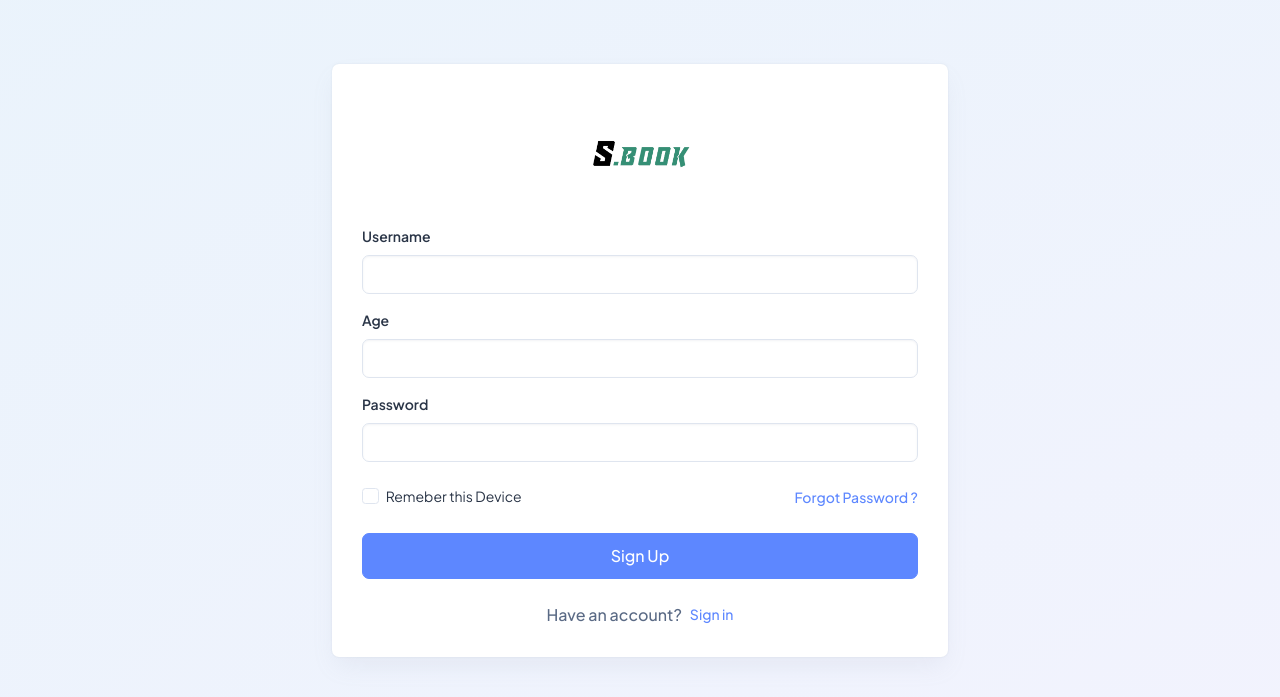
Repository: minhhdl/PROJECT_SEM_4
Page: /sign-up
These files come from the project's save history. The page is drawn as it stood at one moment and after the next save; the edit follows.
The browser window is 1280 px wide. The pictures show the whole page.
The project was rebuilt for these pictures with package versions that can differ from the ones it lists, and the page was loaded fresh each time. Also part of the build but not shown: vite.config.js, src/components/Header/Header.jsx, src/components/Brand/Brand.jsx, src/data/data.js, src/UI/TitleTypeOne/TitleTypeOne.jsx, src/components/FeaturesBooks/FeaturesBooks.jsx, src/pages/Home.jsx, src/pages/Notfound/Notfound.jsx and 9 more.

Above is the page before, as saved 2024-08-31 21:56:53.

### index.html
<!DOCTYPE html>
<html lang="en">

<head>
  <meta charset="UTF-8" />
  <link rel="preconnect" href="https://fonts.googleapis.com">
  <link rel="preconnect" href="https://fonts.gstatic.com" crossorigin>
  <link href="https://fonts.googleapis.com/css2?family=Montserrat:ital,wght@0,100..900;1,100..900&display=swap"
    rel="stylesheet">
  <link rel="icon" type="image/svg+xml" href="/src/assets/LOGO2.png" />
  <meta name="viewport" content="width=device-width, initial-scale=1.0" />
  <title>Smart Book</title>
</head>
<style>
  html {
    scroll-behavior: smooth;
  }
</style>

<body>
  <div id="root"></div>
  <script type="module" src="/src/main.jsx"></script>

</html>

### src/App.jsx
import React from "react";
import Routes from "./routes/routes";

export default function App() {
  return (
    <>
      <Routes />
    </>
  );
}

### src/routes/routes.jsx
import { BrowserRouter, Routes, Route } from "react-router-dom";
import { lazy } from "react";
import Home from "../pages/Home";
import NotFound from "../pages/Notfound/Notfound";
import Footer from "../components/Footer/Footer";
import Blogs from "../pages/Blogs/Blogs";
import Contacts from "../pages/Contacts/Contacts";
import Navbar from "../components/Navbar/Navbar";
import VoiceControl from "../VoiControl";
const Admin = lazy(() => import("../pages/Admin/Layout/Admin"));
const Login = lazy(() => import("../pages/Login/Login"));
const Register = lazy(() => import("../pages/Register/register"));

export default function routes() {
  var isAdminRoute = location.pathname.includes("admin");
  var isSignInRoute = location.pathname === "/sign-in";
  var isSignUpRoute = location.pathname === "/sign-up";
  return (
    <BrowserRouter>
      {!isAdminRoute && !isSignInRoute && !isSignUpRoute && <Navbar />}
      <Routes>
        <Route path="/" element={<Home />} />
        <Route path="*" element={<NotFound />} />
        <Route path="/blogs" element={<Blogs />} />
        <Route path="/contact" element={<Contacts />} />
        <Route path="/admin/*" element={<Admin />} />
        <Route path="/sign-in" element={<Login />} />
        <Route path="/sign-up" element={<Register />} />
      </Routes>
      <VoiceControl></VoiceControl>
      {!isAdminRoute && !isSignInRoute && !isSignUpRoute && <Footer />}
    </BrowserRouter>
  );
}

### src/VoiControl.jsx
import { useEffect } from "react";

const VoiceControl = () => {
  useEffect(() => {
    window.SpeechRecognition =
      window.SpeechRecognition || window.webkitSpeechRecognition;

    if (!window.SpeechRecognition) {
      alert(
        "Trình duyệt của bạn không hỗ trợ tính năng điều khiển bằng giọng nói"
      );
      return;
    }

    const recognition = new window.SpeechRecognition();
    recognition.continuous = false;
    recognition.interimResults = false;
    recognition.lang = "vi-VN";

    recognition.onresult = (event) => {
      const transcript = event.results[event.resultIndex][0].transcript
        .trim()
        .toLowerCase();
      handleVoiceCommand(transcript);
    };

    recognition.start();

    return () => {
      recognition.stop();
    };
  });

  const handleVoiceCommand = (command) => {
    let response = "";
    console.log(command);
    switch (command) {
      case "mở menu":
        console.log("Menu được mở");
        response = "Đã mở menu";
        break;
      case "đóng menu":
        console.log("Menu được đóng");
        break;
      case "xuống":
        window.scrollBy(0, window.innerHeight);
        break;
      case "lên":
        window.scrollBy(0, -window.innerHeight);
        break;
      case "vào thư viện sách":
        window.location.href = "products";
        break;
      case "vào trang chủ":
        window.location.href = "/";
        break;
      case "về trang chủ":
        window.location.href = "/";
        break;
      case "vào sách mới":
        window.location.href = "/newsProducts";
        break;
      default:
        alert("Không nhận diện được lệnh: " + command);
    }
    speak(response);
    const recognition = new window.SpeechRecognition();
    recognition.continuous = false;
    recognition.interimResults = false;
    recognition.lang = "vi-VN";

    recognition.onresult = (event) => {
      const transcript = event.results[event.resultIndex][0].transcript
        .trim()
        .toLowerCase();
      handleVoiceCommand(transcript);
    };

    recognition.start();
  };
  function speak(text) {
    const utterance = new SpeechSynthesisUtterance(text);
    window.speechSynthesis.speak(utterance);
  }
};

export default VoiceControl;

### src/pages/Register/register.jsx
import "../../assets/css/styles.min.css";
import "../../assets/libs/jquery/dist/jquery.min.js";
import "../../assets/libs/bootstrap/dist/js/bootstrap.bundle.min.js";
import { useState } from "react";

const Register = () => {
  let [username, setUsername] = useState("");
  let [password, setPassword] = useState("");
  let [age, setAge] = useState("");

  const handleSubmit = () => {
    fetch("http://localhost:8080/user/login", {
      method: "POST",
      headers: {
        "Content-Type": "application/json",
      },
      body: JSON.stringify({ username: username, password: password }),
    })
      .then((response) => {
        if (!response.ok) {
          return response.text().then((text) => {
            alert(text);
          });
        }
        return response.text().then((text) => {
          alert(text);
        });
      })
      .then((data) => console.log("Data received:", data))
      .catch((error) => {
        alert("There was a problem with the fetch operation: " + error.message);
      });
  };
  return (
    <div
      className="page-wrapper"
      id="main-wrapper"
      data-layout="vertical"
      data-navbarbg="skin6"
      data-sidebartype="full"
      data-sidebar-position="fixed"
      data-header-position="fixed"
    >
      <div className="position-relative overflow-hidden radial-gradient min-vh-100 d-flex align-items-center justify-content-center">
        <div className="d-flex align-items-center justify-content-center w-100">
          <div className="row justify-content-center w-100">
            <div className="col-md-8 col-lg-6 col-xxl-3">
              <div className="card mb-0">
                <div className="card-body">
                  <a
                    href="/"
                    className="text-nowrap logo-img text-center d-block py-3 w-100"
                  >
                    <img
                      style={{ margin: "auto" }}
                      src="/src/assets/LOGO2.png"
                      width="100"
                      alt=""
                    />
                  </a>
                  <form onSubmit={handleSubmit}>
                    <div className="mb-3">
                      <label
                        htmlFor="exampleInputEmail1"
                        className="form-label"
                      >
                        Username
                      </label>
                      <input
                        type="text"
                        className="form-control"
                        id="exampleInputEmail1"
                        aria-describedby="emailHelp"
                        value={username}
                        onChange={(e) => setUsername(e.target.value)}
                        required
                      />
                    </div>
                    <div className="mb-3">
                      <label htmlFor="exampleInputAge" className="form-label">
                        Age
                      </label>
                      <input
                        type="number"
                        className="form-control"
                        id="exampleInputAge"
                        aria-describedby="emailHelp"
                        value={age}
                        onChange={(e) => setAge(e.target.value)}
                        required
                      />
                    </div>
                    <div className="mb-4">
                      <label
                        htmlFor="exampleInputPassword1"
                        className="form-label"
                      >
                        Password
                      </label>
                      <input
                        type="password"
                        className="form-control"
                        id="exampleInputPassword1"
                        value={password}
                        onChange={(e) => setPassword(e.target.value)}
                        required
                      />
                    </div>
                    <div className="d-flex align-items-center justify-content-between mb-4">
                      <div className="form-check">
                        <input
                          className="form-check-input primary"
                          type="checkbox"
                          value=""
                          id="flexCheckChecked"
                        />
                        <label
                          className="form-check-label text-dark"
                          htmlFor="flexCheckChecked"
                        >
                          Remeber this Device
                        </label>
                      </div>
                      <a className="text-primary fw-bold" href="./index.html">
                        Forgot Password ?
                      </a>
                    </div>
                    <button className="btn btn-primary w-100 py-8 fs-4 mb-4 rounded-2">
                      Sign Up
                    </button>
                    <div className="d-flex align-items-center justify-content-center">
                      <p className="fs-4 mb-0 fw-bold">Have an account?</p>
                      <a className="text-primary fw-bold ms-2" href="/sign-in">
                        Sign in
                      </a>
                    </div>
                  </form>
                </div>
              </div>
            </div>
          </div>
        </div>
      </div>
    </div>
  );
};

export default Register;

Loaded but not shown: src/main.jsx (common file); src/index.css (common file); src/assets/css/styles.min.css (library); src/assets/libs/simplebar/dist/simplebar.css (library); tailwind.config.js (28 lines, source omitted); src/assets/css/icons/tabler-icons/tabler-icons.css (12031 lines, source omitted)

After the next save:
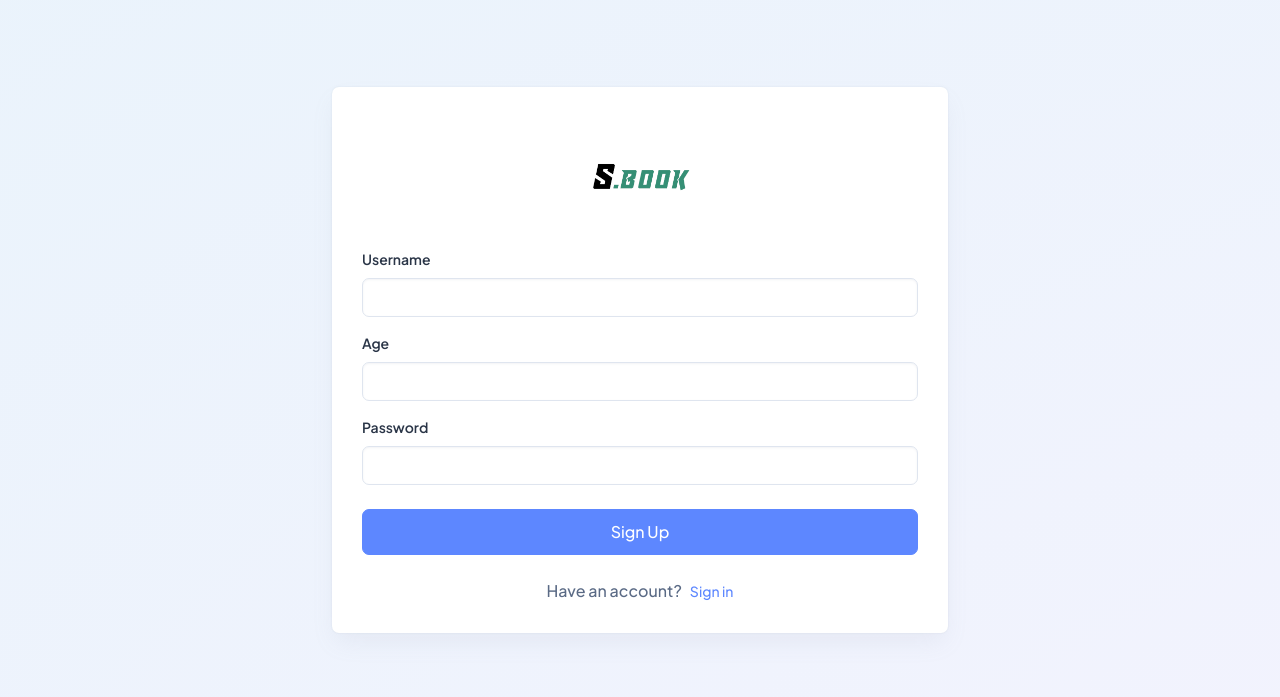
Saved 23 s later.
--- a/src/pages/Register/register.jsx
+++ b/src/pages/Register/register.jsx
@@ -106,25 +106,6 @@
                         required
                       />
                     </div>
-                    <div className="d-flex align-items-center justify-content-between mb-4">
-                      <div className="form-check">
-                        <input
-                          className="form-check-input primary"
-                          type="checkbox"
-                          value=""
-                          id="flexCheckChecked"
-                        />
-                        <label
-                          className="form-check-label text-dark"
-                          htmlFor="flexCheckChecked"
-                        >
-                          Remeber this Device
-                        </label>
-                      </div>
-                      <a className="text-primary fw-bold" href="./index.html">
-                        Forgot Password ?
-                      </a>
-                    </div>
                     <button className="btn btn-primary w-100 py-8 fs-4 mb-4 rounded-2">
                       Sign Up
                     </button>

After the save that followed:
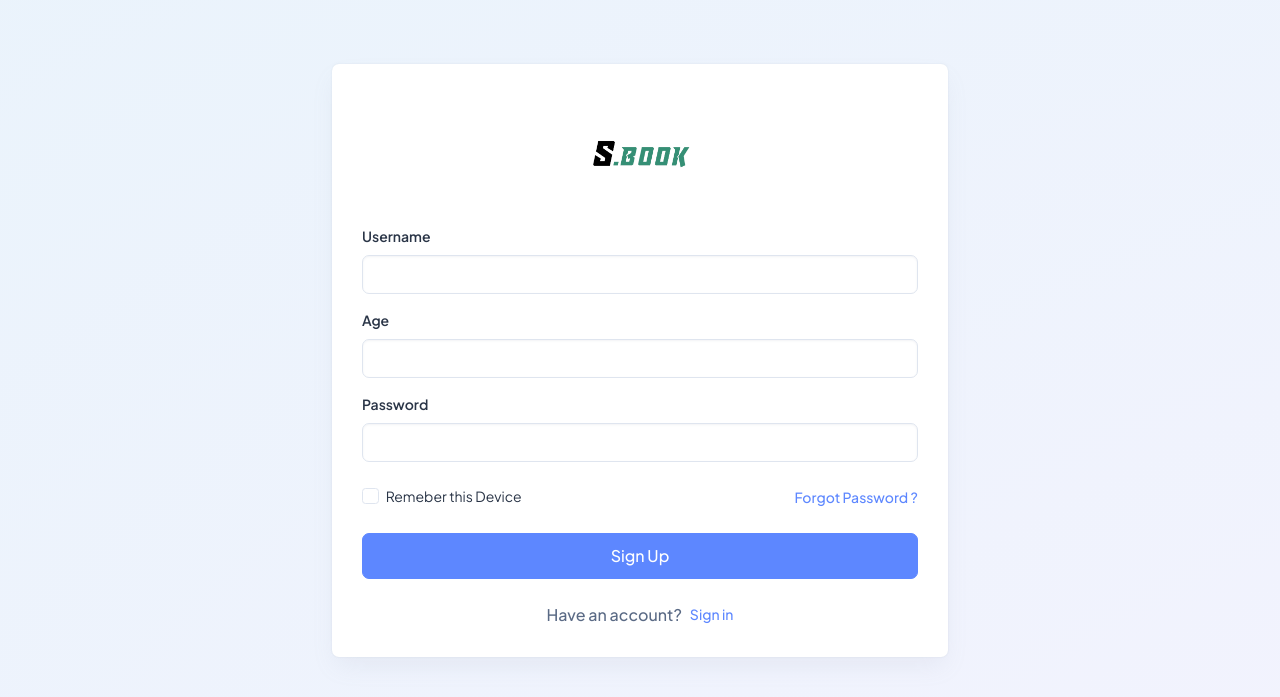
Saved 43 s later.
--- a/src/pages/Register/register.jsx
+++ b/src/pages/Register/register.jsx
@@ -106,6 +106,25 @@
                         required
                       />
                     </div>
+                    <div className="d-flex align-items-center justify-content-between mb-4">
+                      <div className="form-check">
+                        <input
+                          className="form-check-input primary"
+                          type="checkbox"
+                          value=""
+                          id="flexCheckChecked"
+                        />
+                        <label
+                          className="form-check-label text-dark"
+                          htmlFor="flexCheckChecked"
+                        >
+                          Remeber this Device
+                        </label>
+                      </div>
+                      <a className="text-primary fw-bold" href="./index.html">
+                        Forgot Password ?
+                      </a>
+                    </div>
                     <button className="btn btn-primary w-100 py-8 fs-4 mb-4 rounded-2">
                       Sign Up
                     </button>
